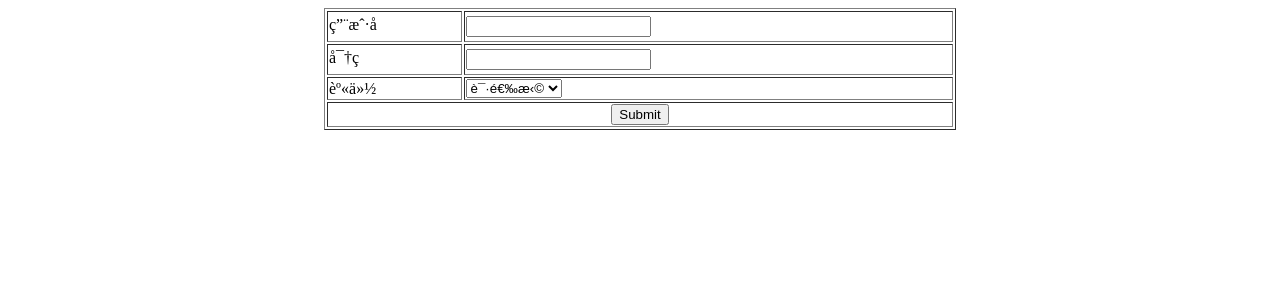
Repository: jhonprice/datecode
Page: http://localhost/1233/sy6_1.jsp
These files come from the project's save history. The page is drawn as it stood at one moment and after the next save; the edit follows.
The browser window is 1280 px wide. The pictures show the whole page.
The page is served by Tomcat 9.

Above is the page before, as saved 2015-12-17 02:26:09.

After the next save:
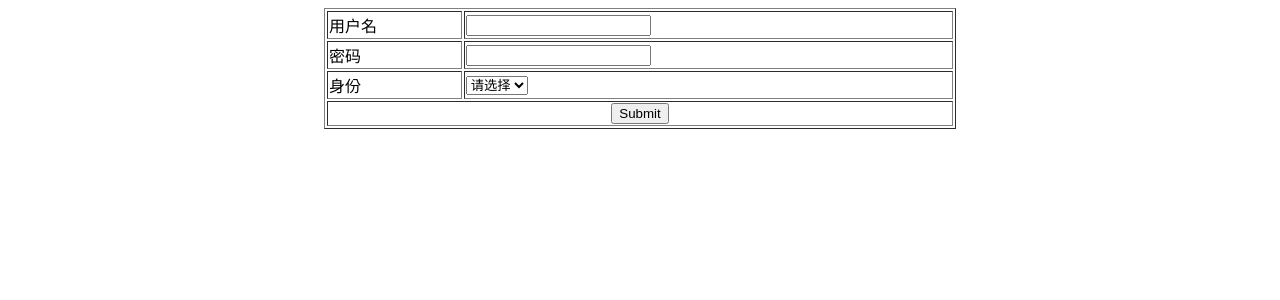
Saved 35 s later.
--- a/javawork/1233/WebContent/sy6_1.jsp
+++ b/javawork/1233/WebContent/sy6_1.jsp
@@ -1,9 +1,9 @@
-<%@ page language="java" contentType="text/html; charset=ISO-8859-1"
-    pageEncoding="ISO-8859-1"%>
+<%@ page language="java" contentType="text/html; charset=UTF-8"
+    pageEncoding="UTF-8"%>
 <!DOCTYPE html PUBLIC "-//W3C//DTD HTML 4.01 Transitional//EN" "http://www.w3.org/TR/html4/loose.dtd">
 <html>
 <head>
-<meta http-equiv="Content-Type" content="text/html; charset=ISO-8859-1">
+<meta http-equiv="Content-Type" content="text/html; charset=UTF-8">
 <title>Insert title here</title>
 </head>
 <body>
